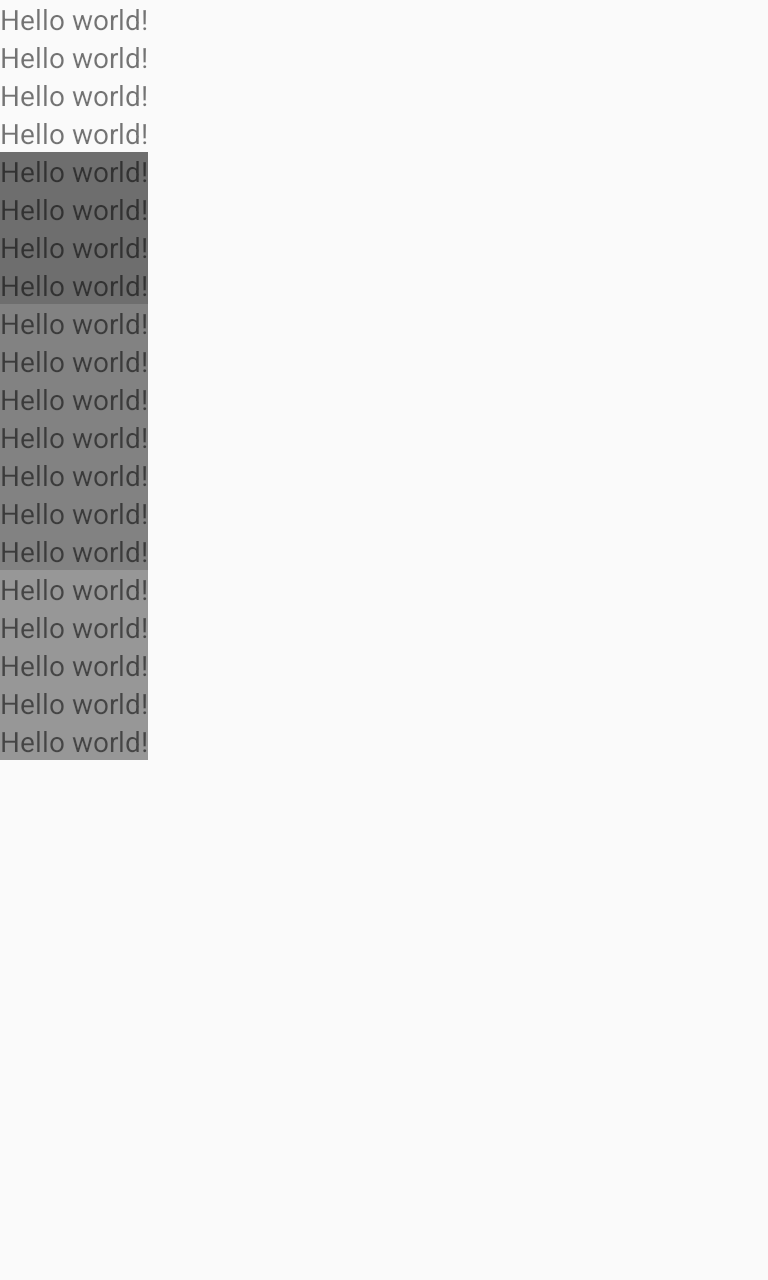
Repository: deyan-yosifov/Android
Layout: Workspace/BouncingBallGame/res/layout/activity_accelerometer_monitor.xml
These files come from the project's save history. The layout is drawn as it stood at one moment and after the next save; the edit follows.
It is drawn on a 768 x 1280 px phone screen (xhdpi) without system bars, with theme AppTheme; the app's code is not run.

Above is the layout before, as saved 2015-01-04 07:42:47.

### Workspace/BouncingBallGame/res/layout/activity_accelerometer_monitor.xml
<RelativeLayout xmlns:android="http://schemas.android.com/apk/res/android"
    xmlns:tools="http://schemas.android.com/tools"
    android:layout_width="match_parent"
    android:layout_height="match_parent"
    tools:context="${relativePackage}.${activityClass}" >

	<LinearLayout
	    android:layout_width="wrap_content"
        android:layout_height="wrap_content"
        android:orientation="vertical"
        android:id="@+id/acceleromatorValues"
	    >
	    <TextView
	        android:layout_width="wrap_content"
	        android:layout_height="wrap_content"
	        android:id="@+id/accelerometer_x_coordinate_textView"
	        android:text="@string/hello_world" />

	    <TextView
	        android:layout_width="wrap_content"
	        android:layout_height="wrap_content"
	        android:id="@+id/accelerometer_y_coordinate_textView"
	        android:text="@string/hello_world" />

	    <TextView
	        android:layout_width="wrap_content"
	        android:layout_height="wrap_content"
	        android:id="@+id/accelerometer_z_coordinate_textView"
	        android:text="@string/hello_world" />

	    <TextView
	        android:layout_width="wrap_content"
	        android:layout_height="wrap_content"
	        android:id="@+id/accelerometer_length_textView"
	        android:text="@string/hello_world" />
	</LinearLayout>

	<LinearLayout
	    android:layout_width="wrap_content"
        android:layout_height="wrap_content"
        android:orientation="vertical"
        android:id="@+id/linearAccelerationValues"
        android:layout_below="@id/acceleromatorValues"
        android:background="#99111111"
	    >
		<TextView
	        android:layout_width="wrap_content"
	        android:layout_height="wrap_content"
	        android:id="@+id/linearAcceleration_x_coordinate_textView"
	        android:text="@string/hello_world" />

	    <TextView
	        android:layout_width="wrap_content"
	        android:layout_height="wrap_content"
	        android:id="@+id/linearAcceleration_y_coordinate_textView"
	        android:text="@string/hello_world" />

	    <TextView
	        android:layout_width="wrap_content"
	        android:layout_height="wrap_content"
	        android:id="@+id/linearAcceleration_z_coordinate_textView"
	        android:text="@string/hello_world" />

	    <TextView
	        android:layout_width="wrap_content"
	        android:layout_height="wrap_content"
	        android:id="@+id/linearAcceleration_length__textView"
	        android:text="@string/hello_world" />
	</LinearLayout>

	<LinearLayout
	    android:layout_width="wrap_content"
        android:layout_height="wrap_content"
        android:orientation="vertical"
        android:id="@+id/gravityValues"
        android:layout_below="@id/linearAccelerationValues"
        android:background="#99333333"
	    >
		<TextView
	        android:layout_width="wrap_content"
	        android:layout_height="wrap_content"
	        android:id="@+id/gravity_x_coordinate_textView"
	        android:text="@string/hello_world" />

	    <TextView
	        android:layout_width="wrap_content"
	        android:layout_height="wrap_content"
	        android:id="@+id/gravity_y_coordinate_textView"
	        android:text="@string/hello_world" />

	    <TextView
	        android:layout_width="wrap_content"
	        android:layout_height="wrap_content"
	        android:id="@+id/gravity_z_coordinate_textView"
	        android:text="@string/hello_world" />

	    <TextView
	        android:layout_width="wrap_content"
	        android:layout_height="wrap_content"
	        android:id="@+id/gravity_length_coordinate_textView"
	        android:text="@string/hello_world" />

	    <TextView
	        android:layout_width="wrap_content"
	        android:layout_height="wrap_content"
	        android:id="@+id/min_gravity_length_textView"
	        android:text="@string/hello_world" />

	    <TextView
	        android:layout_width="wrap_content"
	        android:layout_height="wrap_content"
	        android:id="@+id/max_gravity_length_textView"
	        android:text="@string/hello_world" />

	    <TextView
	        android:layout_width="wrap_content"
	        android:layout_height="wrap_content"
	        android:id="@+id/average_gravity_length_textView"
	        android:text="@string/hello_world" />
	</LinearLayout>

	<LinearLayout
	    android:layout_width="wrap_content"
        android:layout_height="wrap_content"
        android:orientation="vertical"
        android:id="@+id/timeValues"
        android:layout_below="@id/gravityValues"
        android:background="#99555555"
	    >
	    <TextView
	        android:layout_width="wrap_content"
	        android:layout_height="wrap_content"
	        android:id="@+id/currentTime_textView"
	        android:text="@string/hello_world" />

	    <TextView
	        android:layout_width="wrap_content"
	        android:layout_height="wrap_content"
	        android:id="@+id/currentDeltaTime_textView"
	        android:text="@string/hello_world" />

	    <TextView
	        android:layout_width="wrap_content"
	        android:layout_height="wrap_content"
	        android:id="@+id/averageDeltaTime_textView"
	        android:text="@string/hello_world" />

	    <TextView
	        android:layout_width="wrap_content"
	        android:layout_height="wrap_content"
	        android:id="@+id/minDeltaTime_textView"
	        android:text="@string/hello_world" />

	    <TextView
	        android:layout_width="wrap_content"
	        android:layout_height="wrap_content"
	        android:id="@+id/maxDeltaTime_textView"
	        android:text="@string/hello_world" />
	</LinearLayout>

</RelativeLayout>

### Workspace/BouncingBallGame/res/values/styles.xml
<resources xmlns:android="http://schemas.android.com/apk/res/android">

    <!--
        Base application theme, dependent on API level. This theme is replaced
        by AppBaseTheme from res/values-vXX/styles.xml on newer devices.
    -->
    <style name="FallingRocksFonts" parent="@android:style/TextAppearance.Medium">
        <item name="android:layout_width">wrap_content</item>
        <item name="android:layout_height">wrap_content</item>
        <item name="android:textColor">#FF0000</item>
        <item name="android:background">#00FF00</item>
        <item name="android:padding">10dp</item>
        <item name="android:layout_centerHorizontal">true</item>
    </style>

    <style name="FallingRocksButtons" parent="@android:attr/buttonStyleSmall">
        <item name="android:layout_width">wrap_content</item>
        <item name="android:layout_height">wrap_content</item>
        <item name="android:padding">10dp</item>
        <item name="android:layout_centerHorizontal">true</item>
    </style>

    <style name="AppBaseTheme" parent="Theme.AppCompat.Light">
        <!--
            Theme customizations available in newer API levels can go in
            res/values-vXX/styles.xml, while customizations related to
            backward-compatibility can go here.
        -->

    </style>

    <!-- Application theme. -->
    <style name="AppTheme" parent="AppBaseTheme">
        <!-- All customizations that are NOT specific to a particular API-level can go here. -->
    </style>

</resources>

### Workspace/BouncingBallGame/res/values/strings.xml
<?xml version="1.0" encoding="utf-8"?>
<resources>

    <string name="app_name">Falling Rocks</string>
    <string name="hello_world">Hello world!</string>
    <string name="welcome_header">Welcome to Falling Rocks game!</string>
    <string name="button_play_game">Play the game!</string>
    <string name="action_settings">Settings</string>
    <string name="title_activity_single_player_game">Play game!</string>

</resources>

Loaded but not shown: Workspace/BouncingBallGame/res/values-v11/styles.xml (common file); Workspace/BouncingBallGame/res/values-v14/styles.xml (common file)

After the next save:
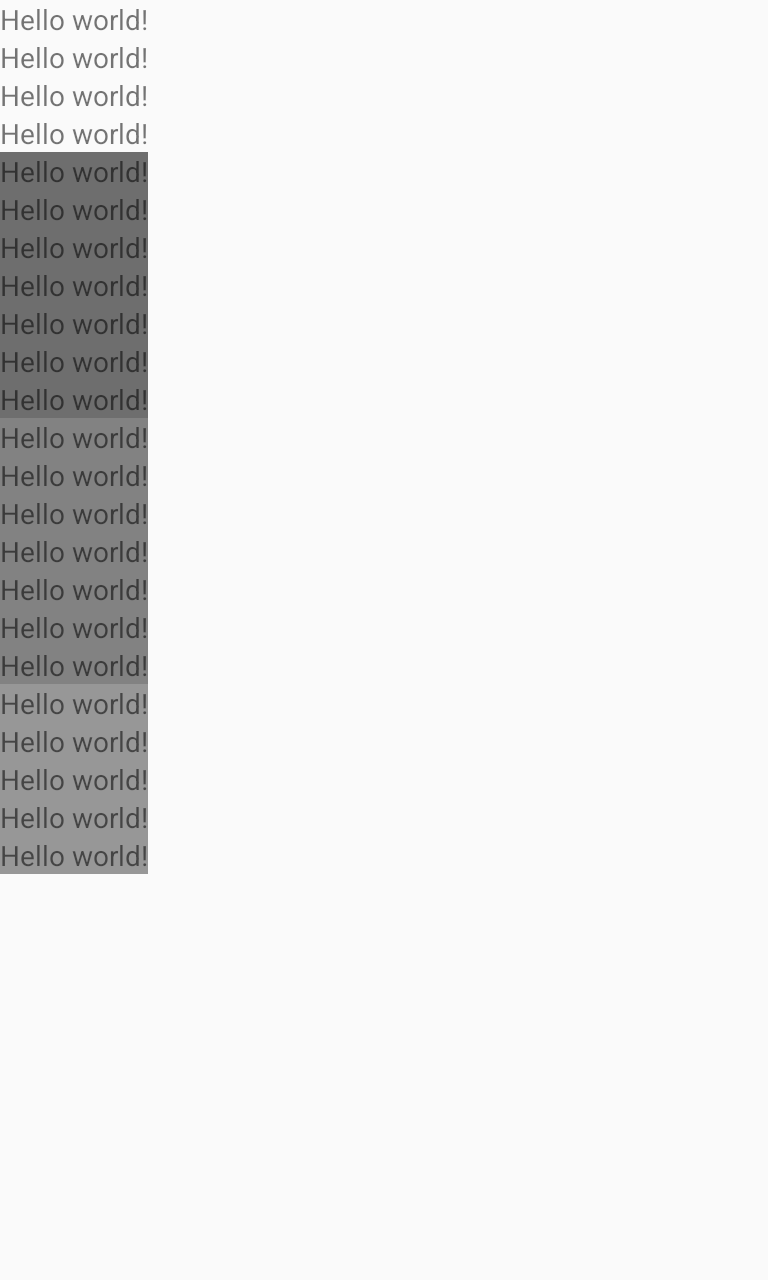
Saved 74 s later.
--- a/Workspace/BouncingBallGame/res/layout/activity_accelerometer_monitor.xml
+++ b/Workspace/BouncingBallGame/res/layout/activity_accelerometer_monitor.xml
@@ -65,6 +65,24 @@
 	        android:layout_width="wrap_content"
 	        android:layout_height="wrap_content"
 	        android:id="@+id/linearAcceleration_length__textView"
+	        android:text="@string/hello_world" />
+
+	    <TextView
+	        android:layout_width="wrap_content"
+	        android:layout_height="wrap_content"
+	        android:id="@+id/min_linearAcceleration_length__textView"
+	        android:text="@string/hello_world" />
+
+	    <TextView
+	        android:layout_width="wrap_content"
+	        android:layout_height="wrap_content"
+	        android:id="@+id/max_linearAcceleration_length__textView"
+	        android:text="@string/hello_world" />
+
+	    <TextView
+	        android:layout_width="wrap_content"
+	        android:layout_height="wrap_content"
+	        android:id="@+id/average_linearAcceleration_length__textView"
 	        android:text="@string/hello_world" />
 	</LinearLayout>
 
